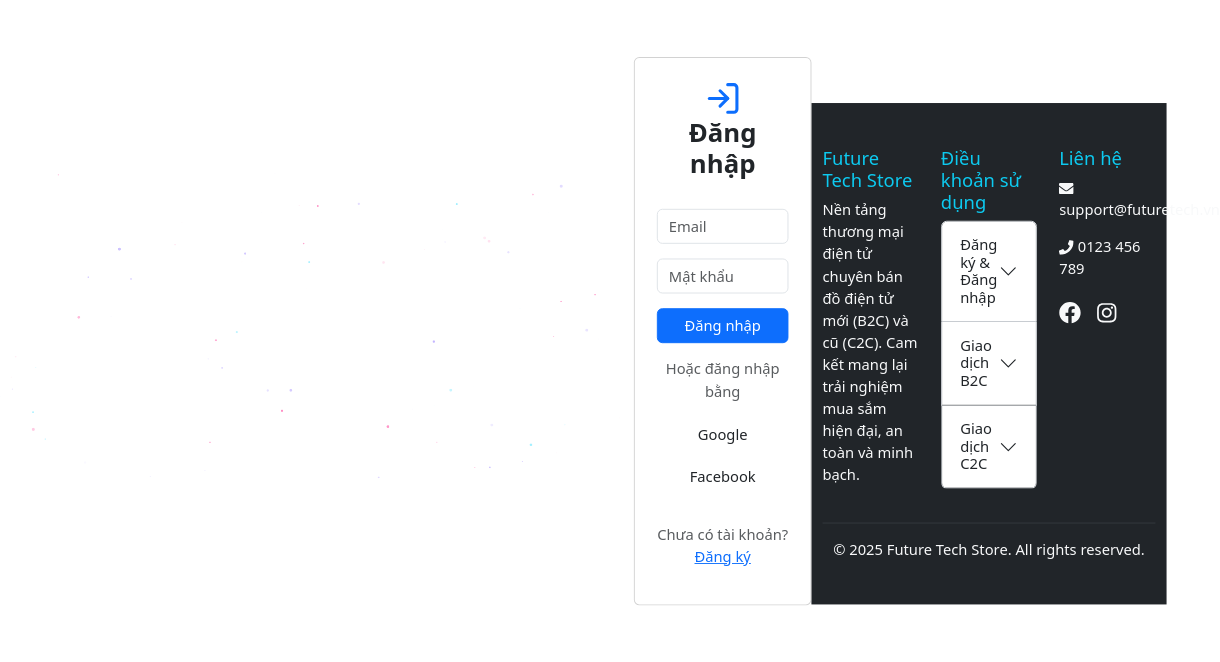
Repository: Thangvh29/WEB-tmdt
Page: /login (app in frontend/)
The author's editor kept a copy of each file at every save. The page is drawn from the files as they stood at one save, then again after the next save.
The browser window is 1280 px wide. The page is 1326 px wide, then 1280 px, so the pictures cover 1326 px, including what lies to the right of the window. The pictures show the whole page, at 92% of full size.
The project was rebuilt for these pictures with package versions that can differ from the ones it lists, and the page was loaded fresh each time. Also part of the build but not shown: frontend/vite.config.js, frontend/src/assets/style/home.css, frontend/src/pages/auth/Home.jsx, frontend/src/pages/auth/Register.jsx.

Above is the page before, as saved 2025-08-23 20:58:43.

After the next save:
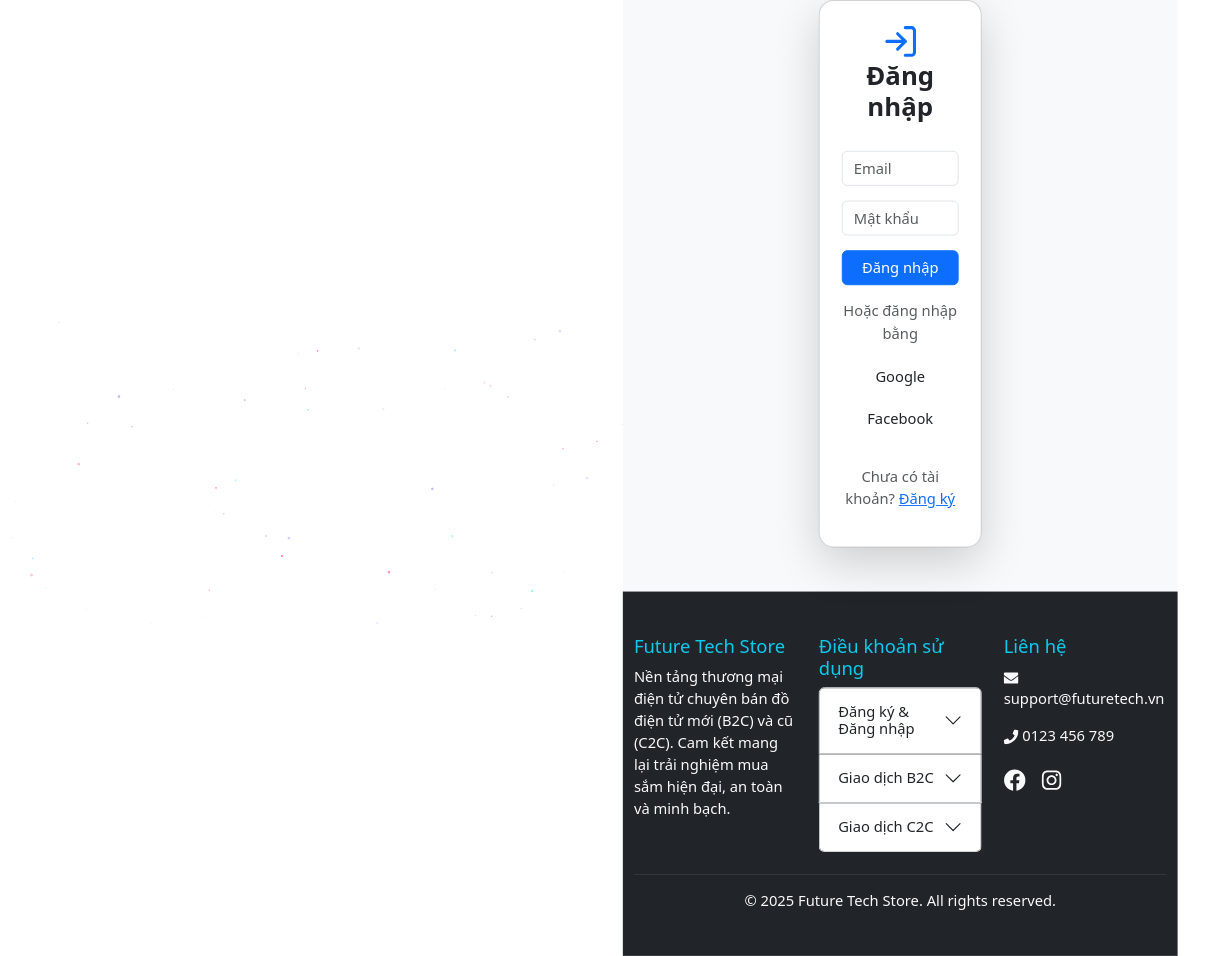
Saved 37 s later.
--- a/frontend/src/pages/auth/Login.jsx
+++ b/frontend/src/pages/auth/Login.jsx
@@ -20,8 +20,7 @@
       });
       const data = await response.json();
       if (response.ok) {
-        // Backend set cookie 'token', lưu user từ data
-        login({ email: form.email, role: data.user.role });  // Giả sử response có data.user
+        login({ email: form.email, role: data.user.role });
         navigate("/");
       } else {
         setError(data.message || "Đăng nhập thất bại");
@@ -32,50 +31,79 @@
   };
 
   return (
-    <div className="container d-flex justify-content-center align-items-center min-vh-100">
-      <div className="card p-4 col-12 col-md-6 col-lg-4">
-        <div className="text-center mb-4">
-          <LogIn size={40} className="text-primary mx-auto" />
-          <h3 className="fw-bold">Đăng nhập</h3>
-        </div>
-        {error && <p className="text-danger text-center">{error}</p>}
-        <form onSubmit={handleSubmit}>
-          <div className="mb-3">
-            <input
-              type="email"
-              className="form-control"
-              placeholder="Email"
-              value={form.email}
-              onChange={(e) => setForm({ ...form, email: e.target.value })}
-              required
-            />
-          </div>
-          <div className="mb-3">
-            <input
-              type="password"
-              className="form-control"
-              placeholder="Mật khẩu"
-              value={form.password}
-              onChange={(e) => setForm({ ...form, password: e.target.value })}
-              required
-              minLength={8}
-            />
-          </div>
-          <button type="submit" className="btn btn-primary w-100">
-            Đăng nhập
-          </button>
-        </form>
-        <div className="text-center my-3">
-          <p className="text-muted">Hoặc đăng nhập bằng</p>
-          <div className="d-flex flex-column gap-2">
-            <a href="/api/auth/google" className="btn btn-social google w-100">Google</a>
-            <a href="/api/auth/facebook" className="btn btn-social facebook w-100">Facebook</a>
+    <div className="d-flex flex-column min-vh-100 bg-light">
+      {/* Main form */}
+      <main className="flex-fill d-flex justify-content-center align-items-center">
+        <div className="container">
+          <div className="row justify-content-center">
+            <div className="col-12 col-sm-8 col-md-6 col-lg-4">
+              <div className="card shadow-lg p-4 rounded-4">
+                <div className="text-center mb-4">
+                  <LogIn size={40} className="text-primary mx-auto" />
+                  <h3 className="fw-bold">Đăng nhập</h3>
+                </div>
+
+                {error && <p className="text-danger text-center">{error}</p>}
+
+                <form onSubmit={handleSubmit}>
+                  <div className="mb-3">
+                    <input
+                      type="email"
+                      className="form-control"
+                      placeholder="Email"
+                      value={form.email}
+                      onChange={(e) =>
+                        setForm({ ...form, email: e.target.value })
+                      }
+                      required
+                    />
+                  </div>
+                  <div className="mb-3">
+                    <input
+                      type="password"
+                      className="form-control"
+                      placeholder="Mật khẩu"
+                      value={form.password}
+                      onChange={(e) =>
+                        setForm({ ...form, password: e.target.value })
+                      }
+                      required
+                      minLength={8}
+                    />
+                  </div>
+                  <button type="submit" className="btn btn-primary w-100">
+                    Đăng nhập
+                  </button>
+                </form>
+
+                <div className="text-center my-3">
+                  <p className="text-muted">Hoặc đăng nhập bằng</p>
+                  <div className="d-flex flex-column gap-2">
+                    <a
+                      href="/api/auth/google"
+                      className="btn btn-social google w-100"
+                    >
+                      Google
+                    </a>
+                    <a
+                      href="/api/auth/facebook"
+                      className="btn btn-social facebook w-100"
+                    >
+                      Facebook
+                    </a>
+                  </div>
+                </div>
+
+                <p className="text-center mt-3 text-muted">
+                  Chưa có tài khoản? <Link to="/register">Đăng ký</Link>
+                </p>
+              </div>
+            </div>
           </div>
         </div>
-        <p className="text-center mt-3 text-muted">
-          Chưa có tài khoản? <Link to="/register">Đăng ký</Link>
-        </p>
-      </div>
+      </main>
+
+      {/* Footer luôn nằm cuối */}
       <Footer />
     </div>
   );
